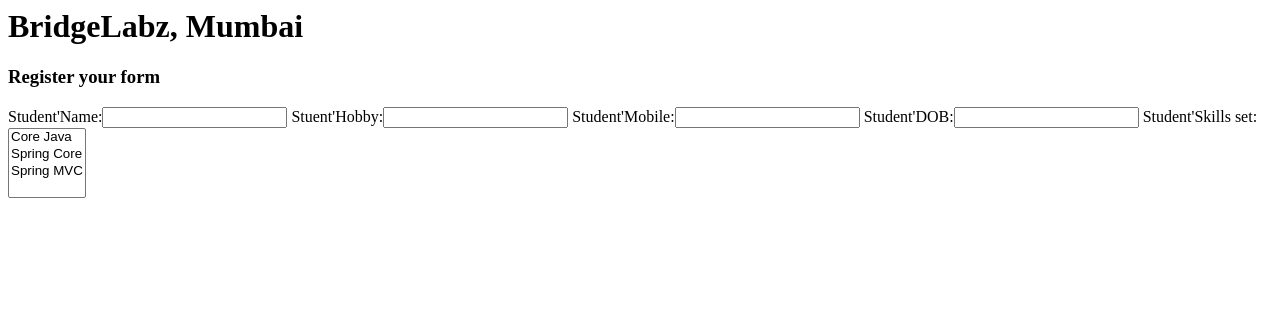
Repository: MFiroz303/Springs
Page: http://localhost/SampleApp/admissionform.html
The author's editor kept a copy of each file at every save. The page is drawn from the files as they stood at one save, then again after the next save.
The browser window is 1280 px wide. The pictures show the whole page.
The page is served by Tomcat 9. Other server files are loaded and not shown.

Above is the page before, as saved 2017-10-16 06:10:11.

### SampleApp/src/main/webapp/WEB-INF/admission.jsp
<html>
<body>
	<h1>${message}</h1>
	<h3>Register your form</h3>

	<form action="/SampleApp/studentAdmissionform.html" method="post">
		<tr>
			<td>Student'Name:<input type="text" name="studentName" ></td>
		</tr>
		<tr>
			<td>Stuent'Hobby:<input type="text" name="studentHobby" ></td>
		</tr>
		<tr>
			<td>Student'Mobile:<input type="text" name="studentMobile" /></td>
		</tr>
			<td>Student'DOB:<input type="text" name="studentDOB" ></td>
		</tr>
			Student'Skills set:
			<td></td> <select name="studentSkills" multiple>
				<option value="Core java">Core Java</option>
				<option value="Spring core">Spring Core</option>
				<option value="Spring MVc">Spring MVC</option>
			</select>
			<td>
				<!-- <input type="submit" value="By Clicking Here"> -->
	</form>

</body>
</html>

After the next save:
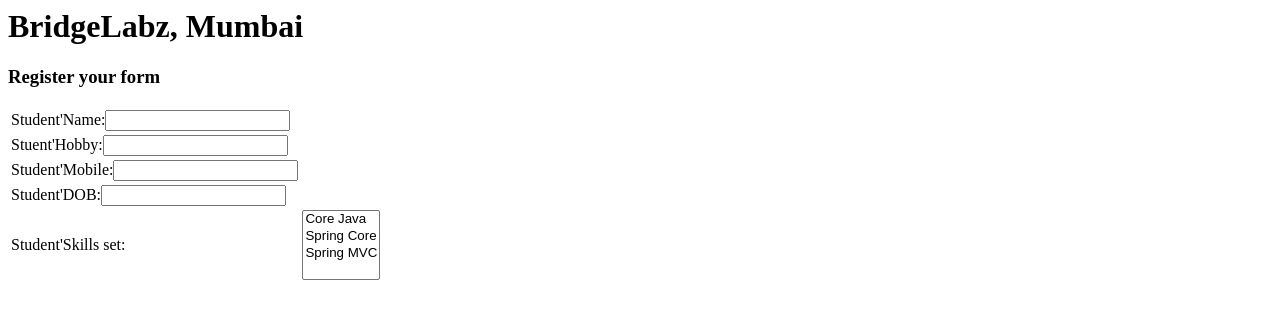
Saved 2 min 24 s later.
--- a/SampleApp/src/main/webapp/WEB-INF/admission.jsp
+++ b/SampleApp/src/main/webapp/WEB-INF/admission.jsp
@@ -4,25 +4,26 @@
 	<h3>Register your form</h3>
 
 	<form action="/SampleApp/studentAdmissionform.html" method="post">
+	<table>
 		<tr>
-			<td>Student'Name:<input type="text" name="studentName" ></td>
+			<td>Student'Name:<input type="text" name="studentName" /></td>
 		</tr>
 		<tr>
-			<td>Stuent'Hobby:<input type="text" name="studentHobby" ></td>
+			<td>Stuent'Hobby:<input type="text" name="studentHobby" /></td>
 		</tr>
 		<tr>
 			<td>Student'Mobile:<input type="text" name="studentMobile" /></td>
 		</tr>
-			<td>Student'DOB:<input type="text" name="studentDOB" ></td>
+			<td>Student'DOB:<input type="text" name="studentDOB" /></td>
 		</tr>
-			Student'Skills set:
-			<td></td> <select name="studentSkills" multiple>
+			<td>Student'Skills set:
+			</td><td> <select name="studentSkills" multiple >
 				<option value="Core java">Core Java</option>
 				<option value="Spring core">Spring Core</option>
 				<option value="Spring MVc">Spring MVC</option>
 			</select>
 			<td>
-				<!-- <input type="submit" value="By Clicking Here"> -->
+			</table>	<!-- <input type="submit" value="By Clicking Here"> -->
 	</form>
 
 </body>
